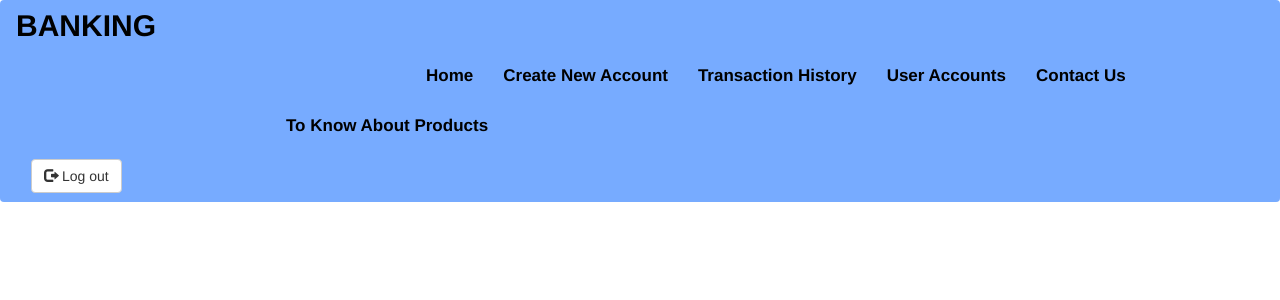
Repository: rukmini10/DXC
Page: http://localhost/Account/AdminHeader.jsp
An editor plug-in stored every save of this project. The page is shown before and after the next save, followed by the edit.
The browser window is 1280 px wide. The pictures show the whole page.
Some web libraries are served in a nearby version. The page is served by Tomcat 9.

Above is the page before, as saved 2022-05-03 12:54:01.

After the next save:
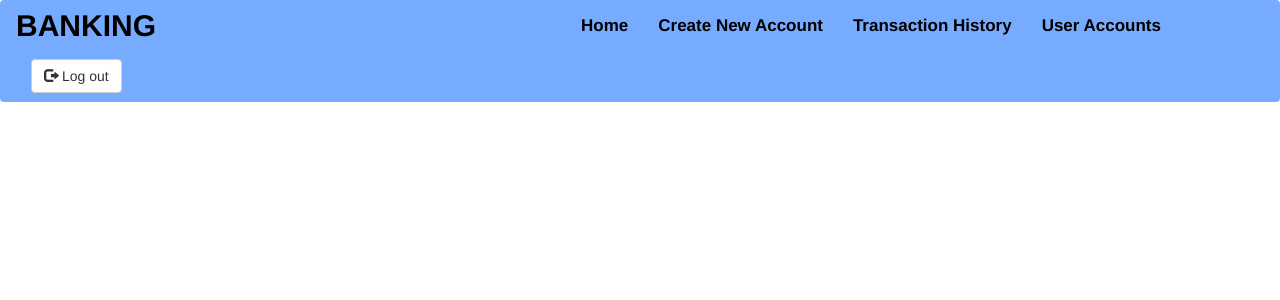
Saved 57 s later.
--- a/DXC_MAVEN/Account/src/main/webapp/AdminHeader.jsp
+++ b/DXC_MAVEN/Account/src/main/webapp/AdminHeader.jsp
@@ -22,8 +22,7 @@
       <li><a href="createAccount.obj" style="color:black;font-size:17px;font-weight:bold;"> Create New Account</a></li>
       <li><a href="viewStatement.obj" style="color:black;font-size:17px;font-weight:bold;">Transaction History</a></li>
 	  <li><a href="#" style="color:black;font-size:17px;font-weight:bold;">User Accounts</a></li>
-	  <li><a href="#" style="color:black;font-size:17px;font-weight:bold;">Contact Us</a></li>
-	  <li><a href="#" style="color:black;font-size:17px;font-weight:bold;">To Know About Products</a></li>
+
     </ul>
 
     <form class="navbar-form navbar-left ">
